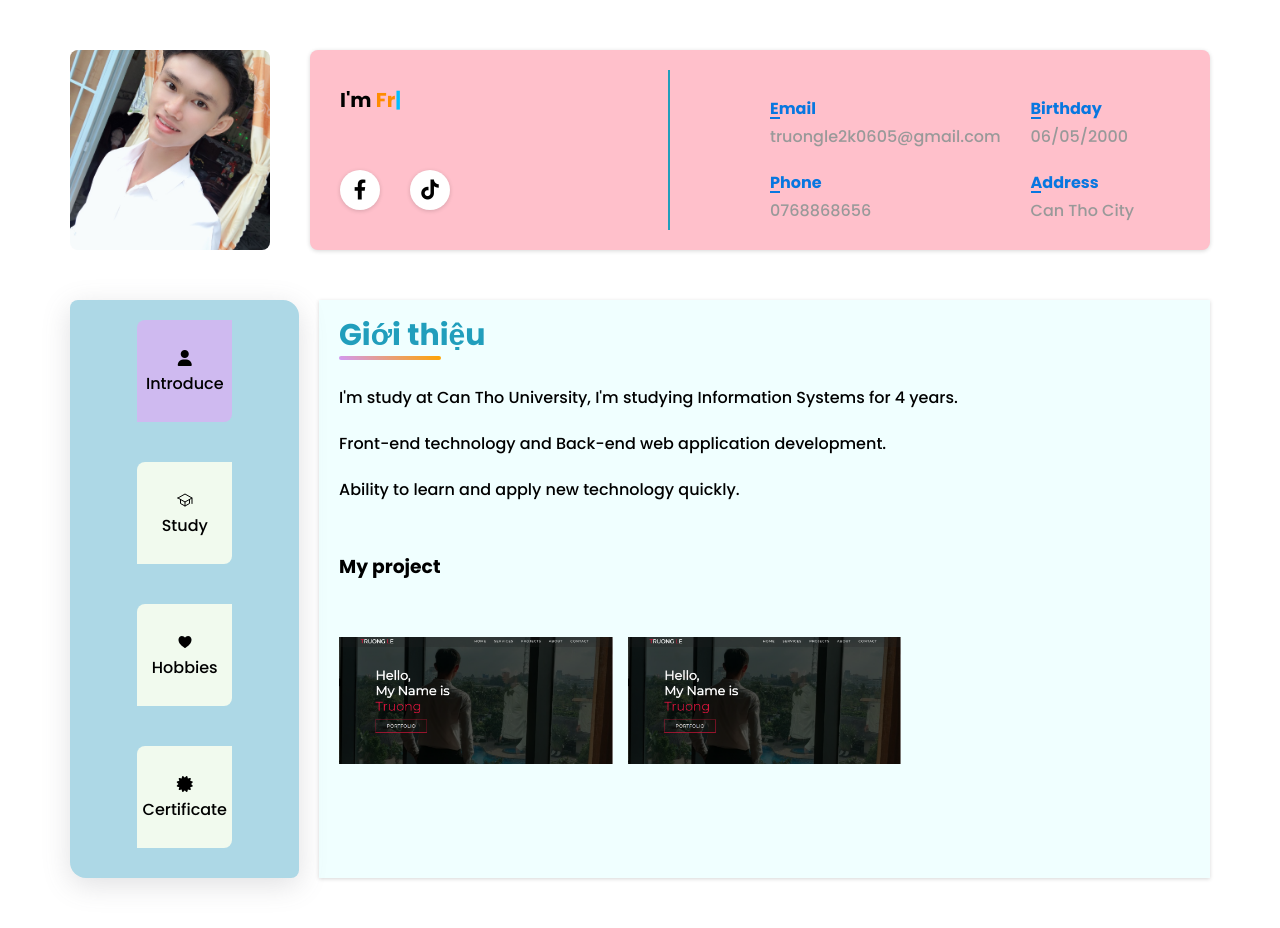
Repository: TruongLe2k0605/CodeCV
Page: cv.html
An editor plug-in stored every save of this project. The page is shown before and after the next save, followed by the edit.
The browser window is 1280 px wide. The pictures show the whole page.
Some web fonts or font styles are not loaded; a fallback is used. Some web libraries are served in a nearby version.

Above is the page before, as saved 2022-03-30 16:55:16.

### cv.html
<!DOCTYPE html>
<html lang="en">
  <head>
    <meta charset="UTF-8" />
    <meta http-equiv="X-UA-Compatible" content="IE=edge" />
    <meta name="viewport" content="width=device-width, initial-scale=1.0" />
    <title>CV | Le Nhat Truong</title>
    <link rel="preconnect" href="https://fonts.googleapis.com" />
    <link rel="preconnect" href="https://fonts.gstatic.com" crossorigin />
    <link rel="shortcut icon" type="image/png" href="/img/logo.ico" />
    <link
      href="https://fonts.googleapis.com/css2?family=Poppins:wght@300;500;600;700&display=swap"
      rel="stylesheet"
    />
    <link
      rel="stylesheet"
      href="https://cdnjs.cloudflare.com/ajax/libs/font-awesome/6.1.0/css/all.min.css"
      integrity="sha512-10/jx2EXwxxWqCLX/hHth/vu2KY3jCF70dCQB8TSgNjbCVAC/8vai53GfMDrO2Emgwccf2pJqxct9ehpzG+MTw=="
      crossorigin="anonymous"
      referrerpolicy="no-referrer"
    />
    <link rel="preconnect" href="https://fonts.googleapis.com" />
    <link rel="preconnect" href="https://fonts.gstatic.com" crossorigin />

    <link
      href="https://fonts.googleapis.com/css2?family=Hurricane&family=Poppins:wght@300;500;600;700&display=swap"
      rel="stylesheet"
    />
    <script
      type="module"
      src="https://unpkg.com/ionicons@5.5.2/dist/ionicons/ionicons.esm.js"
    ></script>
    <script
      nomodule
      src="https://unpkg.com/ionicons@5.5.2/dist/ionicons/ionicons.js"
    ></script>
    <link rel="stylesheet" href="./css/reset.css" />
    <link rel="stylesheet" href="./css/cv.css" />
  </head>
  <body>
    <div class="wrapper">
      <header class="about">
        <img src="./image/truongle.jpg" alt="" class="about-img" />

        <div class="about-info">
          <div class="about-content">
            <h2 class="about-name">I'm <span class="line-name"></span></h2>

            <div class="social-list">
              <a
                href="https://www.facebook.com/profile.php?id=100026598735786"
                data-name="Facebook"
                class="social-item"
              >
                <i class="fa-brands fa-facebook-f social-link"></i>
              </a>
              <a href="#!" class="social-item" data-name="Tiktok">
                <i class="fa-brands fa-tiktok social-link"></i>
              </a>

            </div>
          </div>

          <div class="contact-list">
            <div class="contact-item">
              <span>Email</span>
              <span>truongle2k0605@gmail.com</span>
            </div>
            <div class="contact-item">
              <span>Birthday</span>
              <span>06/05/2000</span>
            </div>
            <div class="contact-item">
              <span>Phone</span>
              <span>0768868656</span>
            </div>
            <div class="contact-item">
              <span>Address</span>
              <span>Can Tho City</span>
            </div>
          </div>
        </div>
      </header>

      <div class="navbar">
        <ul class="navbar-list">
          <li class="navbar-item active" data-idx="1">
            <i class="fa-solid fa-user"></i>
            <span>Introduce</span>
          </li>
          <li class="navbar-item" data-idx="2">
            <ion-icon name="school-outline"></ion-icon>
            <span>Study</span>
          </li>
          <li class="navbar-item" data-idx="3">
            <ion-icon name="heart"></ion-icon>
            <span>Hobbies</span>
          </li>
          <li class="navbar-item" data-idx="4">
            <i class="fa-solid fa-certificate"></i>
            <span>Certificate</span>
          </li>
        </ul>

        <ul class="information-list">
          <li class="information-item active" data-idx="1">
            <h3 class="intro">Giới thiệu</h3>
            <div class="intro-list">
              <p>
                I'm study at Can Tho University, I'm studying Information
                Systems for 4 years.
              </p>
              <p>
                Front-end technology and Back-end web application development.
              </p>
              <p>Ability to learn and apply new technology quickly.</p>
            </div>
            <h3 class="project-name">My project</h3>
            <div class="project-list">


              <div class="project-item">
                <a
                  href="https://truongle2k0605.github.io/OnePage/"
                  class="project-link"
                >
                  <img src="./image/onepage.png" alt="" />
                </a>
              </div>

              <div class="project-item">
                <a
                  href="https://truongle2k0605.github.io/webpage/"
                  class="project-link"
                >
                  <img src="./image/onepage.png" alt="" />
                </a>
              </div>
            </div>
          </li>
          <li class="information-item" data-idx="2">
            <h4 class="information-education intro">Education</h4>
            <div class="education-list">
              <div class="education-item">
                <h4 class="education-name">Can Tho University</h4>
                <span>2018 - nay</span>
              </div>
              <div class="education-item">
                <h4 class="education-name">F8</h4>
                <span>2019 - nay</span>
              </div>
              <div class="education-item">
                <h4 class="education-name">Evondev</h4>
                <span>2020 - nay</span>
              </div>
            </div>
            <div class="skills">
              <h3 class="skills-title">Skills</h3>
              <ul class="skills-list">
                <li class="skills-item">HTML & CSS</li>
                <li class="skills-item">Javascript</li>
                <li class="skills-item">PHP</li>
                <li class="skills-item">Git</li>
                <li class="skills-item">Bootstrap</li>
                <li class="skills-item">HTML & CSS</li>
                <li class="skills-item">Javascript</li>
                <li class="skills-item">PHP</li>
                <li class="skills-item">Git</li>
                <li class="skills-item">Bootstrap</li>
                <!-- <li class="skills-item">Sass</li> -->
              </ul>
            </div>
          </li>
          <li class="information-item">
            <h4 class="information-hobbies intro">Hobbies</h4>
            <ul class="hobbies-list">
              <li class="hobbies-item">
                <div class="hobbies-title">
                  <img src="./image/nhac.jpg" alt="" />
                  Play Music
                </div>
                <div class="hobbies-content">
                  <img src="./img/spotify.png" alt="" class="hobbies-img" />
                  <p class="hobbies-desc">
                    I usually listen to music to release stress.
                  </p>
                </div>
              </li>
              <li class="hobbies-item">
                <div class="hobbies-title">
                  <img
                    src="./image/anh-bong-chuyen-dep_034939462.jpg"
                    alt=""
                    class="hobbies-img__small"
                  />
                  Play Sport
                </div>
                <div class="hobbies-content">
                  <img src="./image/thuan-4159-1430374227.jpg" alt="" class="hobbies-img" />
                  <p class="hobbies-desc">
                    Playing volleyball are very good for your health.
                  </p>
                </div>
              </li>
            </ul>
          </li>
        </ul>
      </div>
    </div>
    <script src="https://cdn.jsdelivr.net/npm/typed.js@2.0.12"></script>
    <script src="./js/starter.js"></script>
  </body>
</html>

### css/reset.css
*,
*::before,
*::after {
  box-sizing: border-box;
}
* {
  margin: 0;
}

html,
body {
  height: 100%;
}
body {
  line-height: 1.5;
  -webkit-font-smoothing: antialiased;
  -webkit-tap-highlight-color: rgba(0, 0, 0, 0);
}

img,
picture,
video,
canvas,
svg {
  display: block;
  max-width: 100%;
}
input,
button,
textarea,
select {
  font: inherit;
  outline: none;
  border: none;
}
p,
h1,
h2,
h3,
h4,
h5,
h6 {
  overflow-wrap: break-word;
}
a {
  text-decoration: none;
}

### css/cv.css
* {
  margin: 0;
  padding: 0;
  box-sizing: border-box;
}

body {
  font-family: "Poppins", sans-serif;
  line-height: 1;
  font-size: 16px;
}

ul,
li {
  list-style-type: none;
}

.wrapper {
  max-width: 1140px;
  width: 100%;
  margin: 0 auto;
  padding-bottom: 50px;
}

.about {
  display: flex;
  justify-content: center;
  align-items: center;
  gap: 0 40px;
  margin: 50px auto;
  max-width: 900px;
}
.about-img {
  width: 200px;
  border-radius: 8px;
  height: 200px;
  object-fit: cover;
  flex-shrink: 0;
}
.about-info {
  box-shadow: rgba(0, 0, 0, 0.16) 0px 1px 4px;
  padding: 20px 30px;
  height: 200px;
  display: flex;
  align-items: center;
  gap: 0 10px;
  border-radius: 8px;
  flex: 0 0 100%;
  position: relative;
  background-color:#FFC0CB;
}
.about-info::after {
  content: "";
  position: absolute;
  width: 2px;
  height: 80%;
  background-color:#219ebc;
  left: 40%;
  transform: translateX(-100%);
}
.about-content {
  flex: 0 0 50%;
}
.about-name {
  margin-bottom: 10px;
  font-size: 20px;
}
.about-employ {
  display: block;
  padding-bottom: 15px;
  color: #0877e0;
}
.about-desc {
  line-height: 1.4;
}

.contact-list {
  margin-top: 20px;
  display: grid;
  grid-template-columns: 1fr 1fr;
  flex: 1 0 50%;
  grid-gap: 30px;
}
.contact-item {
  display: flex;
  flex-direction: column;
  gap: 10px;
}
.contact-item span:first-child {
  color:#0877e0;
  font-weight: bold;
  width: 10px;
  border-bottom: 2px solid #0877e0;
}
.contact-item span:nth-child(2) {
  color: #999;
}

.social-list {
  margin-top: 60px;
  display: flex;
  gap: 0 30px;
}
.social-item {
  transition: all 0.2s linear;
  color: #000;
  font-size: 20px;
  width: 40px;
  height: 40px;
  display: flex;
  justify-content: center;
  align-items: center;
  border-radius: 100rem;
  box-shadow: rgba(0, 0, 0, 0.16) 0px 1px 4px;
  background-color: #fff;
}
.social-item:hover {
  background-color: #200120;
  color: #fff;
}

.tooltip-text {
  position: fixed;
  background-color: #ffa400;
  transition: all 0.2s linear;
  padding: 10px;
  border-radius: 8px;
}

.tooltip-text::after {
  content: "";
  position: absolute;
  border-left: 10px solid transparent;
  border-right: 10px solid transparent;
  border-top: 10px solid #0877e0;
  left: 50%;
  transform: translate(-50%, 255%);
}

.line-name {
  color:darkorange;
}

.typed-cursor {
  color:#00BFFF;
}

.navbar {
  width: 100%;
  display: flex;
  justify-content: space-between;
  gap: 0 20px;
}
.navbar-list {
  border-radius: 8px 16px 8px 16px;
  width: 25%;
  padding: 20px;
  box-shadow: rgba(100, 100, 111, 0.2) 0px 7px 29px 0px;
  gap: 30px;
  display: flex;
  flex-direction: column;
  align-items: center;
  background-color:#ADD8E6;
  backdrop-filter: blur(0.3px);
}
.navbar-item {
  transition: all 0.2s linear;
  cursor: pointer;
  background-color: #f1faee;
  display: inline-flex;
  align-items: center;
  justify-content: center;
  flex-direction: column;
  width: 50%;
  padding: 30px;
  gap: 10px;
  margin-bottom: 10px;
  border-radius: 8px 0 8px 0;
  transition: all 0.2s linear;
}
.navbar-item.active {
  background-color: #cfbaf0;
}
.navbar-item > * {
  pointer-events: none;
}

.information-list {
  width: 100%;
  padding: 20px;
  box-shadow: rgba(0, 0, 0, 0.16) 0px 1px 4px;
  transition: all 0.2s linear;
  background-color:azure;
}
.information-item {
  display: none;
}
.information-item.active {
  animation: fadeIn 1s forwards 1 cubic-bezier(0.47, 0, 0.745, 0.715);
  display: block;
}

@keyframes fadeIn {
  from {
    transform: scale(0);
  }
  to {
    transform: scale(1);
  }
}
.intro {
  display: inline-block;
  font-size: 30px;
  color: #219ebc;
  margin-bottom: 40px;
  position: relative;
}
.intro::after {
  content: "";
  position: absolute;
  width: 70%;
  bottom: -10px;
  left: 0;
  background: linear-gradient(216deg, #ffa400 0%, #d198f5 100%);
  height: 4px;
  border-radius: 66px;
}

.project-name {
  margin: 60px 0;
}
.project-list {
  display: grid;
  grid-template-columns: repeat(3, 1fr);
  grid-gap: 15px;
}
.project-item {
  transition: all 0.2s linear;
}
.project-item:hover {
  transform: translateY(-15px);
}
.project-item:nth-child(odd):hover {
  border-bottom-right-radius: 4px;
  border-bottom: 4px solid #219ebc;
  border-right: 4px solid #219ebc;
}
.project-item:nth-child(even):hover {
  border-top-left-radius: 4px;
  border-top: 4px solid #219ebc;
  border-left: 4px solid #219ebc;
}

.education-list {
  padding: 0 30px;
  margin: 0 30px;
  display: flex;
  flex-direction: column;
  gap: 20px;
  position: relative;
  margin-bottom: 50px;
}
.education-list::before {
  content: "";
  position: absolute;
  left: -1%;
  z-index: 9;
  top: 50%;
  width: 20px;
  transform: translateY(-50%);
  height: 20px;
  border-radius: 100%;
  background-color: #219ebc;
  border: 2px solid #ccc;
  box-shadow: rgba(149, 157, 165, 0.2) 0px 8px 24px;
}
.education-list::after {
  position: absolute;
  content: "";
  width: 3px;
  height: 100%;
  left: 0;
  background-color: #ccc;
}
.education-item::after {
  content: "";
  position: absolute;
  left: -1%;
  z-index: 9;
  top: 0;
  width: 20px;
  height: 20px;
  border-radius: 100%;
  background-color: #219ebc;
  border: 2px solid #ccc;
  box-shadow: rgba(149, 157, 165, 0.2) 0px 8px 24px;
}
.education-item::before {
  content: "";
  position: absolute;
  left: -1%;
  z-index: 9;
  bottom: 0;
  width: 20px;
  height: 20px;
  border-radius: 100%;
  background-color: #219ebc;
  border: 2px solid #ccc;
  box-shadow: rgba(149, 157, 165, 0.2) 0px 8px 24px;
}

.skills-title {
  margin-bottom: 30px;
}
.skills-list {
  height: 200px;
  display: flex;
  flex-direction: column;
  gap: 30px 0;
  flex-wrap: wrap;
  margin: 0 30px;
  padding: 0 30px;
  position: relative;
}
.skills-list::after {
  position: absolute;
  content: "";
  width: 3px;
  height: 100%;
  left: 0;
  background-color: #ccc;
}
.skills-item:first-child:after {
  content: "";
  position: absolute;
  left: -1%;
  z-index: 9;
  top: 0;
  width: 20px;
  height: 20px;
  border-radius: 100%;
  background-color: #219ebc;
  border: 2px solid #ccc;
  box-shadow: rgba(149, 157, 165, 0.2) 0px 8px 24px;
}
.skills-item::before {
  content: "";
  position: absolute;
  left: -1%;
  z-index: 9;
  bottom: 0;
  width: 20px;
  height: 20px;
  border-radius: 100%;
  background-color: #219ebc;
  border: 2px solid #ccc;
  box-shadow: rgba(149, 157, 165, 0.2) 0px 8px 24px;
}
.skills-item:nth-child(2) {
  position: relative;
}
.skills-item:nth-child(2):before {
  content: "";
  position: absolute;
  left: -38px;
  z-index: 9;
  bottom: 0px;
  width: 20px;
  height: 20px;
  border-radius: 100%;
  background-color: #219ebc;
  border: 2px solid #ccc;
  box-shadow: rgba(149, 157, 165, 0.2) 0px 8px 24px;
}
.skills-item:nth-child(3) {
  position: relative;
}
.skills-item:nth-child(3):before {
  content: "";
  position: absolute;
  left: -38px;
  z-index: 9;
  bottom: 0px;
  width: 20px;
  height: 20px;
  border-radius: 100%;
  background-color: #219ebc;
  border: 2px solid #ccc;
  box-shadow: rgba(149, 157, 165, 0.2) 0px 8px 24px;
}
.skills-item:nth-child(4) {
  position: relative;
}
.skills-item:nth-child(4):before {
  content: "";
  position: absolute;
  left: -38px;
  z-index: 9;
  bottom: 0px;
  width: 20px;
  height: 20px;
  border-radius: 100%;
  background-color: #219ebc;
  border: 2px solid #ccc;
  box-shadow: rgba(149, 157, 165, 0.2) 0px 8px 24px;
}

.intro-list {
  display: flex;
  flex-direction: column;
  gap: 30px;
}

.hobbies-title {
  display: flex;
  align-items: center;
  gap: 0 20px;
  font-size: 20px;
  color: #333;
  margin-bottom: 5px;
}
.hobbies-list {
  display: flex;
  flex-direction: column;
  gap: 100px;
}
.hobbies-content {
  display: flex;
  align-items: center;
  gap: 0 20px;
}
.hobbies-img {
  height: 100px;
  width: 200px;
  object-fit: cover;
  border-radius: 8px;
}
.hobbies-img__small {
  width: 50px;
  height: 50px;
  object-fit: cover;
  object-position: center;
  border-radius: 8px;
}

/*# sourceMappingURL=app.css.map */

### js/starter.js
var type = new Typed(".line-name", {
  strings: ["Le Nhat Truong", "Frontend Developer"],
  loop: true,
  typeSpeed: 150,
  backSpeed: 50,
  cursorChar: "|",
});

const socialItems = document.querySelectorAll(".social-item");
const informationItems = document.querySelectorAll(".information-item");
const navbarItems = document.querySelectorAll(".navbar-item");

// Tooltip
[...socialItems].forEach((item) =>
  item.addEventListener("mouseenter", handleShowToolTip)
);

function handleShowToolTip(e) {
  const tooltip = document.createElement("div");
  tooltip.className = "tooltip-text";
  tooltip.textContent = e.target.dataset.name;
  document.body.appendChild(tooltip);
  const cords = e.target.getBoundingClientRect();
  const triangle = 10;
  const { left, top, width, height } = cords;
  tooltip.style.left = `${left - width / 2}px`;
  tooltip.style.top = `${top - triangle - tooltip.offsetHeight}px`;
  if (e.target.dataset.name === "Facebook") {
    tooltip.style.backgroundColor = "#3B5999";
  } else if (e.target.dataset.name === "Tiktok") {
    tooltip.style.backgroundColor = "#E1306C";
  } else {
    tooltip.style.backgroundColor = "#e9c46a";
  }
}

[...socialItems].forEach((item) =>
  item.addEventListener("mouseleave", function () {
    const tooltip = document.querySelector(".tooltip-text");
    if (tooltip) {
      tooltip.parentNode.removeChild(tooltip);
    }
  })
);

// NavbarItem
[...navbarItems].forEach((navbar, idx) => {
  navbar.addEventListener("click", function () {
    console.log(idx);
    // Lấy được index của element ta click vào
    const item = informationItems[idx];
    [...navbarItems].forEach((item) => item.classList.remove("active"));
    this.classList.add("active");
    [...informationItems].forEach((info) => info.classList.remove("active"));
    item.classList.add("active");
  });
});

// function handleToggleActive(e) {
//   [...navbarItems].forEach((item) => item.classList.remove("active"));
//   e.target.classList.add("active");
//   console.log(e.target.dataset.idx);
// }

After the next save:
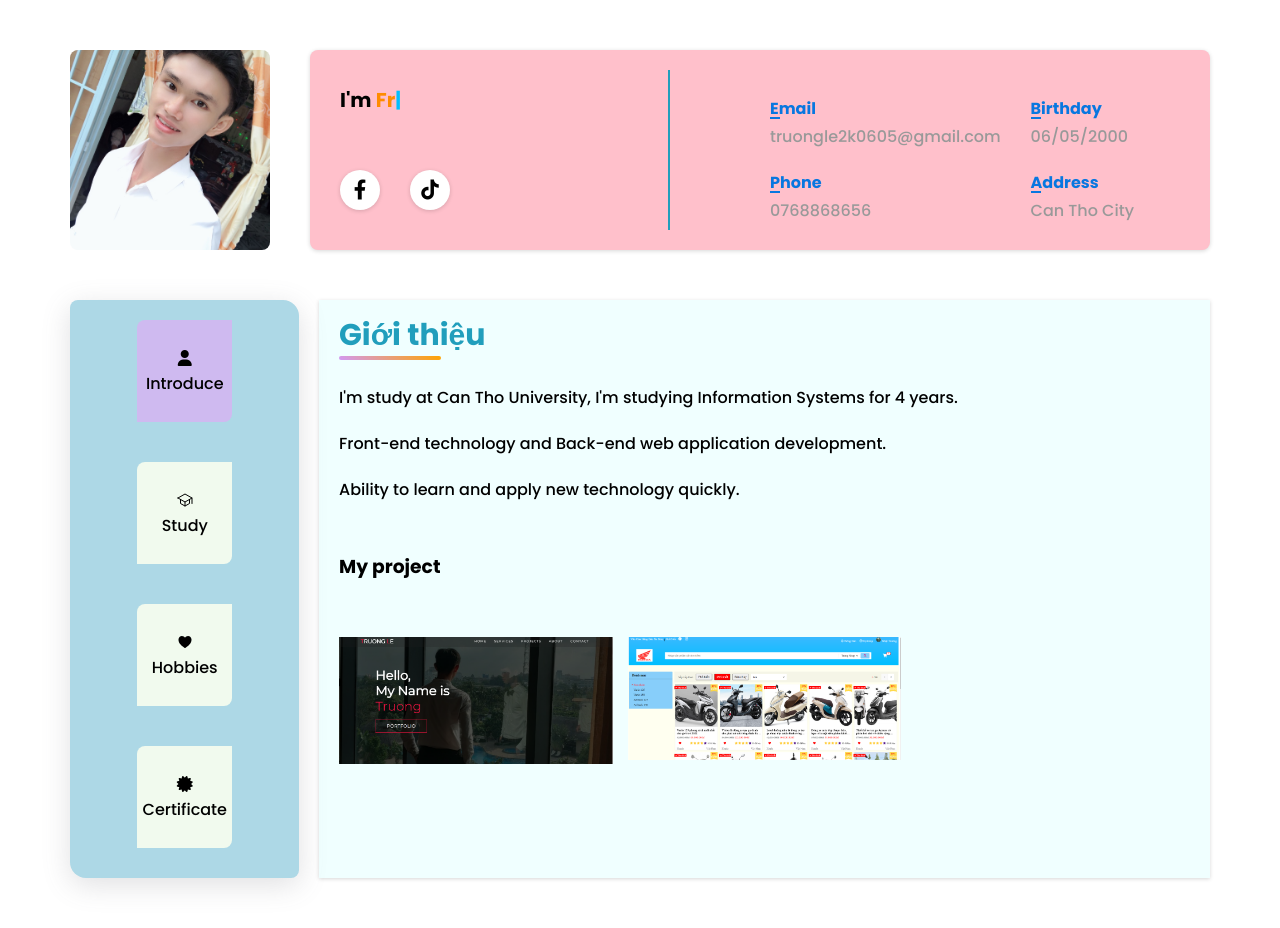
Saved 47 s later.
--- a/cv.html
+++ b/cv.html
@@ -133,7 +133,7 @@
                   href="https://truongle2k0605.github.io/webpage/"
                   class="project-link"
                 >
-                  <img src="./image/onepage.png" alt="" />
+                  <img src="./image/webpage.png" alt="" />
                 </a>
               </div>
             </div>
